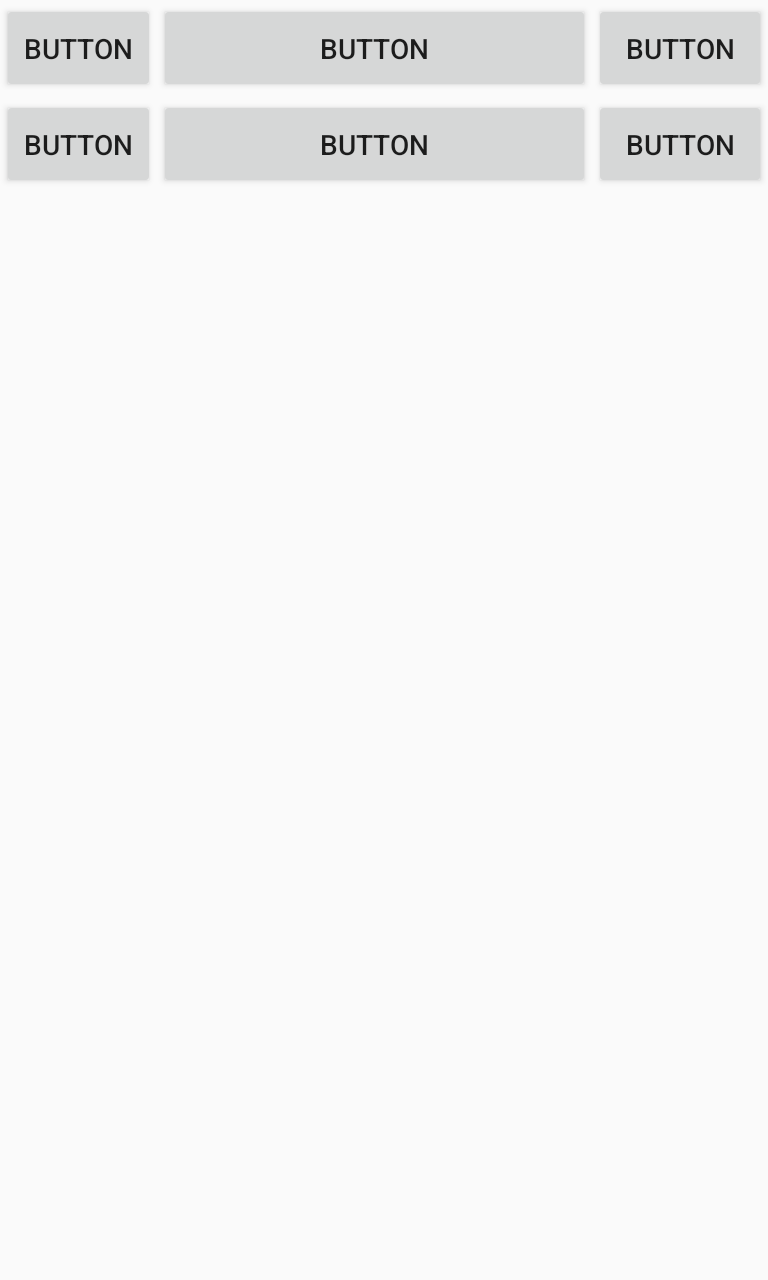
Repository: PaulAlfred/Android_Exercises
Layout: MoreLayouts/res/layout/relative_layout_top_bot.xml
These files come from the project's save history. The layout is drawn as it stood at one moment and after the next save; the edit follows.
It is drawn on a 768 x 1280 px phone screen (xhdpi) without system bars, with theme AppTheme; the app's code is not run. The app's manifest (not shown) leaves right-to-left support off. So textAlignment, textDirection and layoutDirection are ignored, and left and right values win over start and end ones.

Above is the layout before, as saved 2014-10-24 09:10:42.

After the next save:
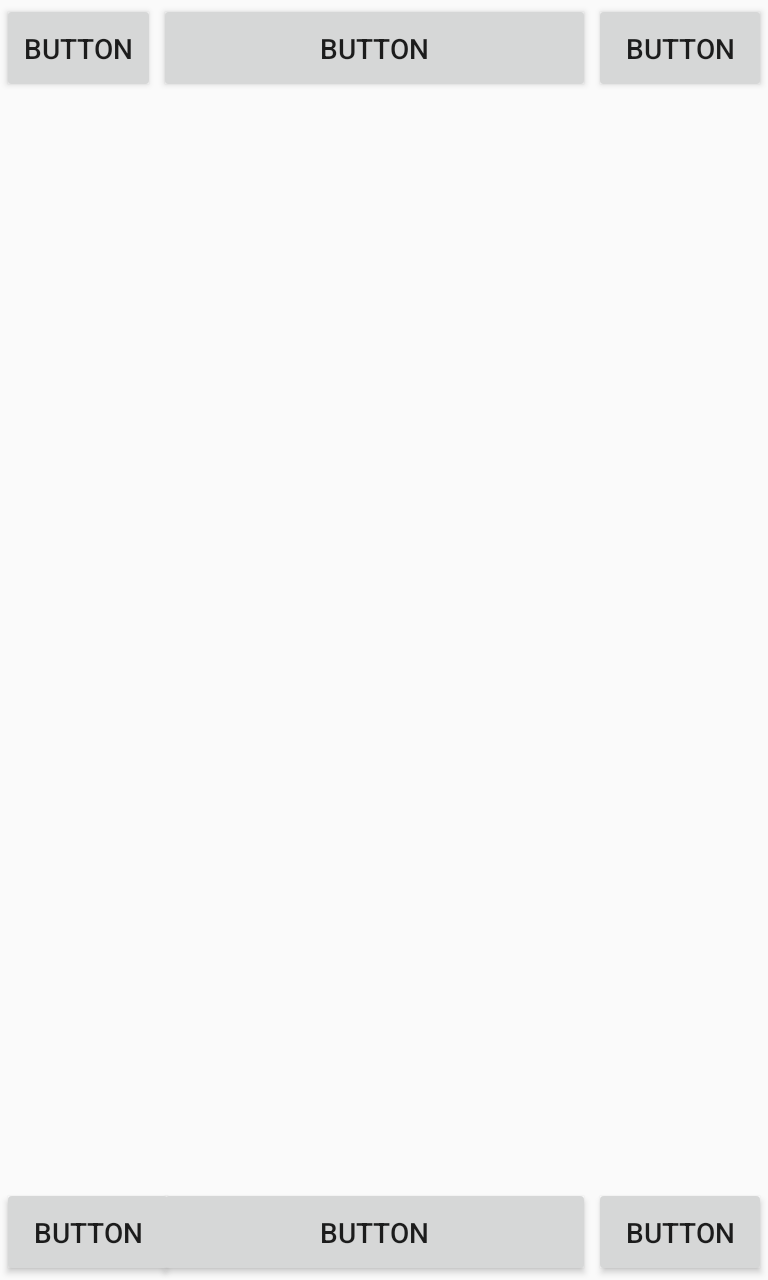
Saved 2 min 21 s later.
--- a/MoreLayouts/res/layout/relative_layout_top_bot.xml
+++ b/MoreLayouts/res/layout/relative_layout_top_bot.xml
@@ -30,9 +30,9 @@
         android:id="@+id/button4"
         android:layout_width="wrap_content"
         android:layout_height="wrap_content"
+        android:layout_alignParentBottom="true"
         android:layout_alignParentLeft="true"
-        android:layout_alignRight="@+id/button1"
-        android:layout_below="@id/button1"
+        android:layout_alignParentRight="false"
         android:text="Button"
         android:textSize="14dp" />
 
@@ -40,7 +40,7 @@
         android:id="@+id/button5"
         android:layout_width="wrap_content"
         android:layout_height="wrap_content"
-        android:layout_below="@id/button2"
+        android:layout_alignParentBottom="true"
         android:layout_toLeftOf="@id/button3"
         android:layout_toRightOf="@id/button1"
         android:layout_toStartOf="@id/button4"
@@ -50,8 +50,8 @@
         android:id="@+id/button6"
         android:layout_width="wrap_content"
         android:layout_height="wrap_content"
+        android:layout_alignParentBottom="true"
         android:layout_alignParentRight="true"
-        android:layout_below="@id/button3"
         android:text="Button" />
 
 </RelativeLayout>
